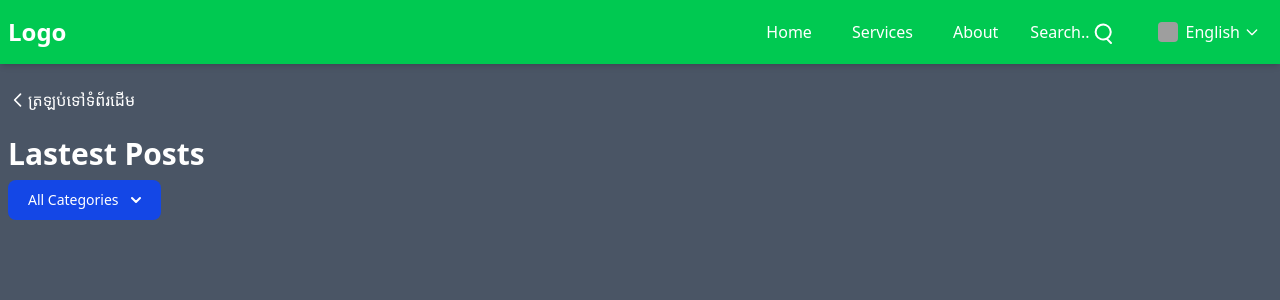
Repository: saroeuntola/we-share
Page: http://localhost/last-post
These files come from the project's save history. The page is drawn as it stood at one moment and after a run of saves; the edit follows.
The browser window is 1280 px wide. The pictures show the whole page.
Pictures or frames that could not be fetched are drawn as grey boxes. The page is run by PHP 8.4 with error messages shown; the project is at /var/www/html/. Style sheets and scripts are compiled from the project's sources, by tool versions that may differ from the author's. Queries for data that is not in the repository find no rows.

Above is the page before, as saved 2025-08-28 19:48:48.

After the next 3 saves:
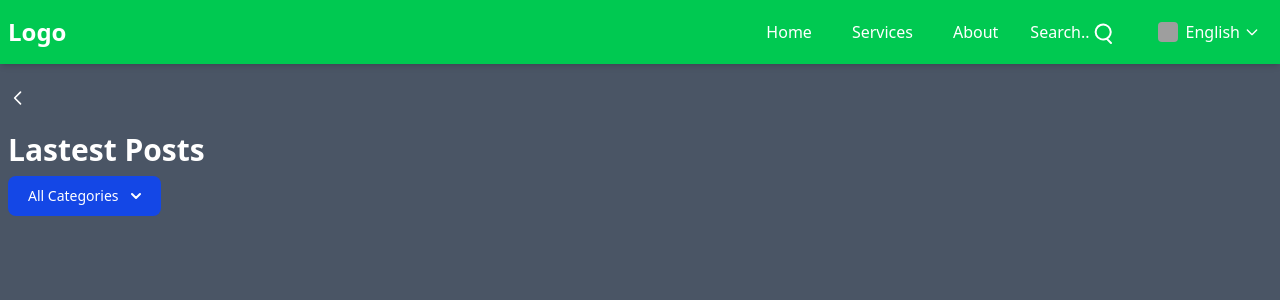
The 3 saves are shown as one change because they came seconds apart.
The last was saved 17 s later.
--- a/last-post.php
+++ b/last-post.php
@@ -68,7 +68,7 @@ usort($allPosts, fn($a, $b) => strtotime($b['created_at']) - strtotime($a['creat
                     viewBox="0 0 24 24" xmlns="http://www.w3.org/2000/svg">
                     <path stroke-linecap="round" stroke-linejoin="round" d="M15 19l-7-7 7-7" />
                 </svg>
-                <?= $lang === 'en' ? 'ត្រឡប់ទៅទំព័រដើម' : '' ?>
+                <?= $lang === 'en' ? '' : 'ត្រឡប់ទៅទំព័រដើម' ?>
             </a>
             <h1 class="lg:text-3xl text-2xl font-bold text-white">Lastest Posts</h1>
 
